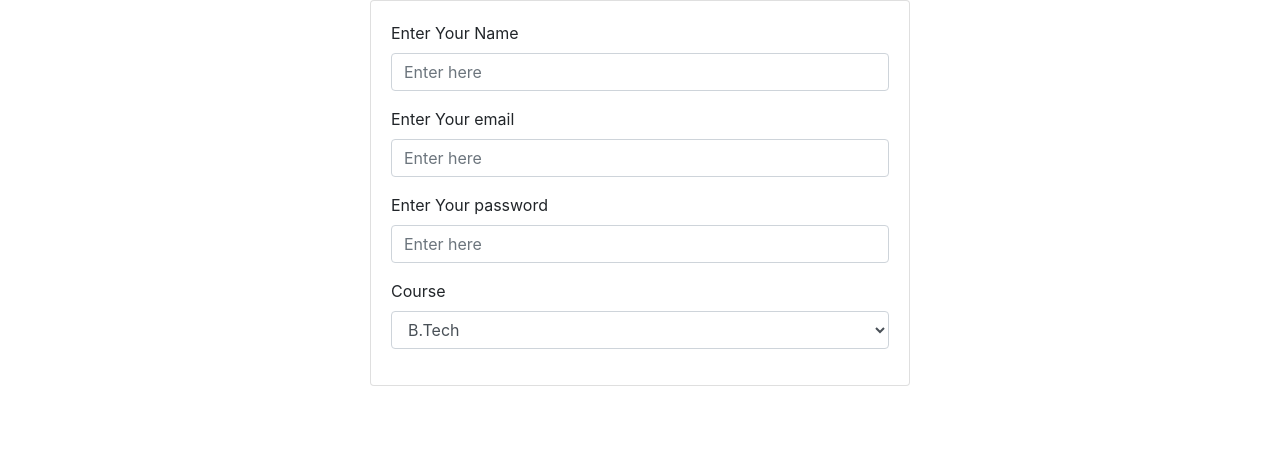
Repository: Hashim-Ansari-82/Servlet-And-JSP
Page: Submit-Form-App/src/main/webapp/index.html
An editor plug-in stored every save of this project. The page is shown before and after the next save, followed by the edit.
The browser window is 1280 px wide. The pictures show the whole page.
Some web libraries are served in a nearby version.

Above is the page before, as saved 2026-06-03 19:18:19.

### Submit-Form-App/src/main/webapp/index.html
<!DOCTYPE html>
<html>
<head>
<meta charset="UTF-8">
<title>Submit Form</title>
<link rel="stylesheet"
	href="https://cdn.jsdelivr.net/npm/bootstrap@4.0.0/dist/css/bootstrap.min.css"
	integrity="sha384-Gn5384xqQ1aoWXA+058RXPxPg6fy4IWvTNh0E263XmFcJlSAwiGgFAW/dAiS6JXm"
	crossorigin="anonymous">
</head>
<body>

	<div class="container">
		<div class="row">
			<div class="col-md-6 offset-md-3">
				<div class="card">
					<div class="card-body">
						<form action="register" method="post">
							<div class="form-group">
								<label>Enter Your Name</label> <input type="text"
									name="user_name" class="form-control" placeholder="Enter here">
							</div>
							<div class="form-group">
								<label>Enter Your email</label> <input type="text"
									name="email" class="form-control" placeholder="Enter here">
							</div>
							<div class="form-group">
								<label>Enter Your password</label> <input type="text"
									name="password" class="form-control" placeholder="Enter here">
							</div>
							<div class="form-group">
								<label>Course</label> <select class="form-control">
								<option>B.Tech</option>
								<option>M.Tech</option>
								<option>BCA</option>
								<option>MCA</option>
								<option>BSC IT</option>
								<option>MSC IT</option>
								</select>
							</div>
						</form>
					</div>
				</div>
			</div>
		</div>
	</div>

	<script src="https://code.jquery.com/jquery-3.2.1.slim.min.js"
		integrity="sha384-KJ3o2DKtIkvYIK3UENzmM7KCkRr/rE9/Qpg6aAZGJwFDMVNA/GpGFF93hXpG5KkN"
		crossorigin="anonymous"></script>
	<script
		src="https://cdn.jsdelivr.net/npm/popper.js@1.12.9/dist/umd/popper.min.js"
		integrity="sha384-ApNbgh9B+Y1QKtv3Rn7W3mgPxhU9K/ScQsAP7hUibX39j7fakFPskvXusvfa0b4Q"
		crossorigin="anonymous"></script>
	<script
		src="https://cdn.jsdelivr.net/npm/bootstrap@4.0.0/dist/js/bootstrap.min.js"
		integrity="sha384-JZR6Spejh4U02d8jOt6vLEHfe/JQGiRRSQQxSfFWpi1MquVdAyjUar5+76PVCmYl"
		crossorigin="anonymous"></script>
</body>
</html>

After the next save:
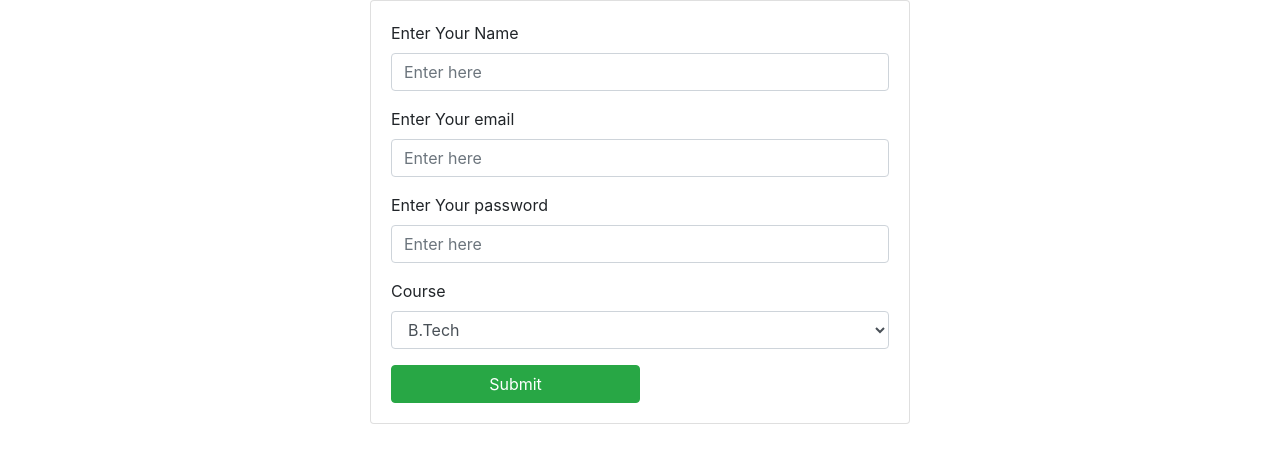
Saved 97 s later.
--- a/Submit-Form-App/src/main/webapp/index.html
+++ b/Submit-Form-App/src/main/webapp/index.html
@@ -38,6 +38,9 @@
 								<option>MSC IT</option>
 								</select>
 							</div>
+
+							<button class="btn btn-success col-md-6">Submit</button>
+
 						</form>
 					</div>
 				</div>
